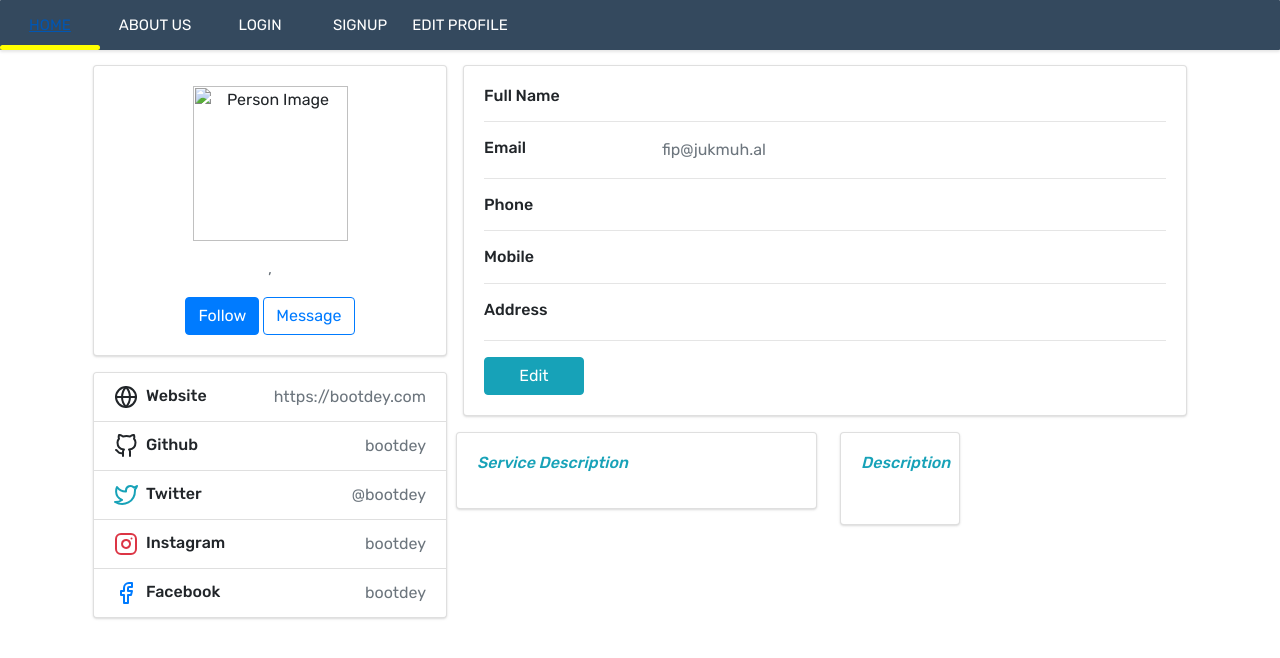
Repository: Chitti-g-k/Paw-Takers
Page: templates/profilepage.html
The author's editor kept a copy of each file at every save. The page is drawn from the files as they stood at one save, then again after the next save.
The browser window is 1280 px wide. The pictures show the whole page.
The template is drawn by Django 4.2. The application's start-up code is not run. Other server files are loaded and not shown. The template is opened directly, without the code that normally fills it, so the values that code supplies are empty.

Above is the page before, as saved 2023-07-16 08:45:09.

### templates/profilepage.html
<html>
    <head>
        <meta name="viewport" content="width=device-width, initial-scale=1.0">
    <title>Profile Page</title>

    <style>
        @import url('https://fonts.googleapis.com/css?family=Rubik:300,400,500&display=swap');
        *{
            margin: 0;
            padding: 0;
            box-sizing: border-box;
            font-family:'Rubik',sans-serif;
        }
        body{
            display: flex;
            justify-content: center;
            align-self:center ;
            min-height: 100vh;
            background:  #808080;
        }

        nav{
        position: fixed; /* Change position to fixed */
        top: 0; /* Position it at the top */
        left: 0; /* Align it to the left */
        width: 100%; /* Make it full width */
        height: 50px;
        background: #34495e;
        border-radius: 1px;
        font-size: 0;
        box-shadow: 0 2px 3px 0 rgba(0,0,0,0.1);
        z-index: 100; /* Add a higher z-index to keep it above other elements */
    }

    /* Rest of the CSS styles remain the same */
    nav a {
        font-size: 15px;
        text-transform: uppercase;
        color: white;
        text-decoration: none;
        line-height: 50px;
        position: relative;
        z-index: 1;
        display: inline-block;
        text-align: center;
    }
    nav .animation {
        position: absolute;
        height: 5px;
        bottom: 0;
        z-index: 0;
        background: yellow;
        transition: all .5s ease 0s;
        border-radius: 8px;
    }
    a:nth-child(1) {
        width: 100px;
    }
    nav .start-home,a:nth-child(1):hover~.animation {
        width: 100px;
        left: 0;
    }
    a:nth-child(2) {
        width: 110px;
    }
    nav .start-about,a:nth-child(2):hover~.animation {
        width: 110px;
        left: 100px;
    }
    a:nth-child(3) {
        width: 100px;
    }
    nav .start-login,a:nth-child(3):hover~.animation {
        width: 100px;
        left: 210px;
    }
    a:nth-child(4) {
        width: 100px;
    }
    nav .start-signup,a:nth-child(4):hover~.animation {
        width: 160px;
        left: 250px;
    }
    a:nth-child(5) {
        width: 100px;
    }
    nav .start-signup,a:nth-child(5):hover~.animation {
        width: 160px;
        left: auto;
        right:0px;
    }

    h3{
        font-weight:300;
    }

    h5{
        font-weight:200;
    }

    </style>
    <link rel="stylesheet" href="https://cdnjs.cloudflare.com/ajax/libs/font-awesome/5.15.3/css/all.min.css" integrity="sha512-VRRNWyOP0SZCGkUFsm9Uf7PvF9ERBzv6JeMQ4oIhl2e9J7e3aOuf7Qf3RQt6AzomTsbqyj0F7I3NzcewDfSaxw==" crossorigin="anonymous" referrerpolicy="no-referrer" />

    </head>


<body>
    <nav>
        <a href="/display">Home</a>
        <a href="/">About Us</a>
        <a href="{% url 'account_login'%}">Login</a>
        <a href="{% url 'account_signup' %}">SignUp</a>
        <a href="{% url 'caretaker:profile-edit' profile.pk %}">Edit Profile</a>


        <div class="animation start-home"></div>

    </nav>
    <br>
    <br>
    <style>
        body{
            margin-top:20px;
            color: #1a202c;
            text-align: left;
            background-color: #e2e8f0;
        }
        .main-body {
            padding: 15px;
        }
        .card {
            box-shadow: 0 1px 3px 0 rgba(0,0,0,.1), 0 1px 2px 0 rgba(0,0,0,.06);
        }

        .card {
            position: relative;
            display: flex;
            flex-direction: column;
            min-width: 0;
            word-wrap: break-word;
            background-color: #fff;
            background-clip: border-box;
            border: 0 solid rgba(0,0,0,.125);
            border-radius: .25rem;
        }
        .container{
            margin-top:50px;
        }
        .card-body {
            flex: 1 1 auto;
            min-height: 1px;
            padding: 1rem;
        }

        .gutters-sm {
            margin-right: -8px;
            margin-left: -8px;
        }

        .gutters-sm>.col, .gutters-sm>[class*=col-] {
            padding-right: 8px;
            padding-left: 8px;
        }
        .mb-3, .my-3 {
            margin-bottom: 1rem!important;
        }

        .bg-gray-300 {
            background-color: #e2e8f0;
        }
        .h-100 {
            height: 100%!important;
        }
        .shadow-none {
            box-shadow: none!important;
        }
        .key-value {
            display: flex;
            justify-content: space-between;
            margin-bottom: 10px;
            font-family: "Helvetica Neue", Arial, sans-serif;
        }

        .key {
            font-weight: bolder;
            font-size: 13px;
            text-transform: uppercase;
            letter-spacing: 1px;
            color: #333;
        }
        .value{
            font-size: 11px;
            font-style: italic;
            color: #666;
        }
    </style>
    <body>
        <link rel="stylesheet" href="https://cdn.jsdelivr.net/npm/bootstrap@4.4.1/dist/css/bootstrap.min.css" integrity="sha384-Vkoo8x4CGsO3+Hhxv8T/Q5PaXtkKtu6ug5TOeNV6gBiFeWPGFN9MuhOf23Q9Ifjh" crossorigin="anonymous">
        <script src="https://code.jquery.com/jquery-3.4.1.slim.min.js" integrity="sha384-J6qa4849blE2+poT4WnyKhv5vZF5SrPo0iEjwBvKU7imGFAV0wwj1yYfoRSJoZ+n" crossorigin="anonymous"></script>
        <script src="https://cdn.jsdelivr.net/npm/popper.js@1.16.0/dist/umd/popper.min.js" integrity="sha384-Q6E9RHvbIyZFJoft+2mJbHaEWldlvI9IOYy5n3zV9zzTtmI3UksdQRVvoxMfooAo" crossorigin="anonymous"></script>
        <script src="https://cdn.jsdelivr.net/npm/bootstrap@4.4.1/dist/js/bootstrap.min.js" integrity="sha384-wfSDF2E50Y2D1uUdj0O3uMBJnjuUD4Ih7YwaYd1iqfktj0Uod8GCExl3Og8ifwB6" crossorigin="anonymous"></script>

        <div class="container">
            <div class="main-body">


                  <div class="row gutters-sm">
                    <div class="col-md-4 mb-3">
                      <div class="card">
                        <div class="card-body">
                          <div class="d-flex flex-column align-items-center text-center">
                            <img src="{{ profile.image.url }}" alt="Person Image" class="image" class="rounded" width="155px">
                            <div class="mt-3">
                                {% if profile.name %}
                        <h5 class="py-4">{{ profile.name }}
                    {% endif %}


                              <p class="text-muted font-size-sm">{{ profile.city }},{{ profile.state }}</p>
                              <button class="btn btn-primary">Follow</button>
                              <button class="btn btn-outline-primary">Message</button>
                            </div>
                          </div>
                        </div>
                      </div>
                      <div class="card mt-3">
                        <ul class="list-group list-group-flush">
                          <li class="list-group-item d-flex justify-content-between align-items-center flex-wrap">
                            <h6 class="mb-0"><svg xmlns="http://www.w3.org/2000/svg" width="24" height="24" viewBox="0 0 24 24" fill="none" stroke="currentColor" stroke-width="2" stroke-linecap="round" stroke-linejoin="round" class="feather feather-globe mr-2 icon-inline"><circle cx="12" cy="12" r="10"></circle><line x1="2" y1="12" x2="22" y2="12"></line><path d="M12 2a15.3 15.3 0 0 1 4 10 15.3 15.3 0 0 1-4 10 15.3 15.3 0 0 1-4-10 15.3 15.3 0 0 1 4-10z"></path></svg>Website</h6>
                            <span class="text-secondary">https://bootdey.com</span>
                          </li>
                          <li class="list-group-item d-flex justify-content-between align-items-center flex-wrap">
                            <h6 class="mb-0"><svg xmlns="http://www.w3.org/2000/svg" width="24" height="24" viewBox="0 0 24 24" fill="none" stroke="currentColor" stroke-width="2" stroke-linecap="round" stroke-linejoin="round" class="feather feather-github mr-2 icon-inline"><path d="M9 19c-5 1.5-5-2.5-7-3m14 6v-3.87a3.37 3.37 0 0 0-.94-2.61c3.14-.35 6.44-1.54 6.44-7A5.44 5.44 0 0 0 20 4.77 5.07 5.07 0 0 0 19.91 1S18.73.65 16 2.48a13.38 13.38 0 0 0-7 0C6.27.65 5.09 1 5.09 1A5.07 5.07 0 0 0 5 4.77a5.44 5.44 0 0 0-1.5 3.78c0 5.42 3.3 6.61 6.44 7A3.37 3.37 0 0 0 9 18.13V22"></path></svg>Github</h6>
                            <span class="text-secondary">bootdey</span>
                          </li>
                          <li class="list-group-item d-flex justify-content-between align-items-center flex-wrap">
                            <h6 class="mb-0"><svg xmlns="http://www.w3.org/2000/svg" width="24" height="24" viewBox="0 0 24 24" fill="none" stroke="currentColor" stroke-width="2" stroke-linecap="round" stroke-linejoin="round" class="feather feather-twitter mr-2 icon-inline text-info"><path d="M23 3a10.9 10.9 0 0 1-3.14 1.53 4.48 4.48 0 0 0-7.86 3v1A10.66 10.66 0 0 1 3 4s-4 9 5 13a11.64 11.64 0 0 1-7 2c9 5 20 0 20-11.5a4.5 4.5 0 0 0-.08-.83A7.72 7.72 0 0 0 23 3z"></path></svg>Twitter</h6>
                            <span class="text-secondary">@bootdey</span>
                          </li>
                          <li class="list-group-item d-flex justify-content-between align-items-center flex-wrap">
                            <h6 class="mb-0"><svg xmlns="http://www.w3.org/2000/svg" width="24" height="24" viewBox="0 0 24 24" fill="none" stroke="currentColor" stroke-width="2" stroke-linecap="round" stroke-linejoin="round" class="feather feather-instagram mr-2 icon-inline text-danger"><rect x="2" y="2" width="20" height="20" rx="5" ry="5"></rect><path d="M16 11.37A4 4 0 1 1 12.63 8 4 4 0 0 1 16 11.37z"></path><line x1="17.5" y1="6.5" x2="17.51" y2="6.5"></line></svg>Instagram</h6>
                            <span class="text-secondary">bootdey</span>
                          </li>
                          <li class="list-group-item d-flex justify-content-between align-items-center flex-wrap">
                            <h6 class="mb-0"><svg xmlns="http://www.w3.org/2000/svg" width="24" height="24" viewBox="0 0 24 24" fill="none" stroke="currentColor" stroke-width="2" stroke-linecap="round" stroke-linejoin="round" class="feather feather-facebook mr-2 icon-inline text-primary"><path d="M18 2h-3a5 5 0 0 0-5 5v3H7v4h3v8h4v-8h3l1-4h-4V7a1 1 0 0 1 1-1h3z"></path></svg>Facebook</h6>
                            <span class="text-secondary">bootdey</span>
                          </li>
                        </ul>
                      </div>
                    </div>
                    <div class="col-md-8">
                      <div class="card mb-3">
                        <div class="card-body">
                          <div class="row">
                            <div class="col-sm-3">
                              <h6 class="mb-0">Full Name</h6>
                            </div>
                            <div class="col-sm-9 text-secondary">
                                {% if profile.name %}
                                {{ profile.name }}
                            {% endif %}
                            </div>
                          </div>
                          <hr>
                          <div class="row">
                            <div class="col-sm-3">
                              <h6 class="mb-0">Email</h6>
                            </div>
                            <div class="col-sm-9 text-secondary">
                              fip@jukmuh.al
                            </div>
                          </div>
                          <hr>
                          <div class="row">
                            <div class="col-sm-3">
                              <h6 class="mb-0">Phone</h6>
                            </div>
                            <div class="col-sm-9 text-secondary">
                                {{ profile.phone_number }}
                            </div>
                          </div>
                          <hr>
                          <div class="row">
                            <div class="col-sm-3">
                              <h6 class="mb-0">Mobile</h6>
                            </div>
                            <div class="col-sm-9 text-secondary">
                                {{ profile.backup_phonenumber }}
                            </div>
                          </div>
                          <hr>
                          <div class="row">
                            <div class="col-sm-3">
                              <h6 class="mb-0">Address</h6>
                            </div>
                            <div class="col-sm-9 text-secondary">
                                {{ profile.first_line }}<br>{{ profile.second_line }}
                            </div>
                          </div>
                          <hr>
                          <div class="row">
                            <div class="col-sm-12">
                              <a class="btn btn-info " target="__blank" href="https://www.bootdey.com/snippets/view/profile-edit-data-and-skills">Edit</a>
                            </div>
                          </div>
                        </div>
                      </div>

                      <div class="row gutters-sm">
                        <div class="col-sm-6 mb-3">
                          <div class="card h-100">
                            <div class="card-body">
                              <h6 class="d-flex align-items-center mb-3"><i class="material-icons text-info mr-2">Service Description</h6>
                              {% for service_description in service_descriptions %}
                              <div class="container-service">
                                <div class="key-value">
                                    <span class="key">{{ service_description.service.name }}</span>
                                    <span class="value">INR{{ service_description.price }}</span>
                                </div>
                            </div>
                            {% endfor %}
                            </div>
                          </div>
                        </div>

                        <div class="col-sm-6 mb-3" style="width: 300px;">
                            <div class="card h-100">
                              <div class="card-body" style="width: 100%;">
                                <h6 class="d-flex align-items-center mb-3"><i class="material-icons text-info mr-2">Description</i></h6>
                                {{profile.description}}
                              </div>
                            </div>
                          </div>



                    </div>
                  </div>

                </div>
            </div>
    </body>
</html>

After the next save:
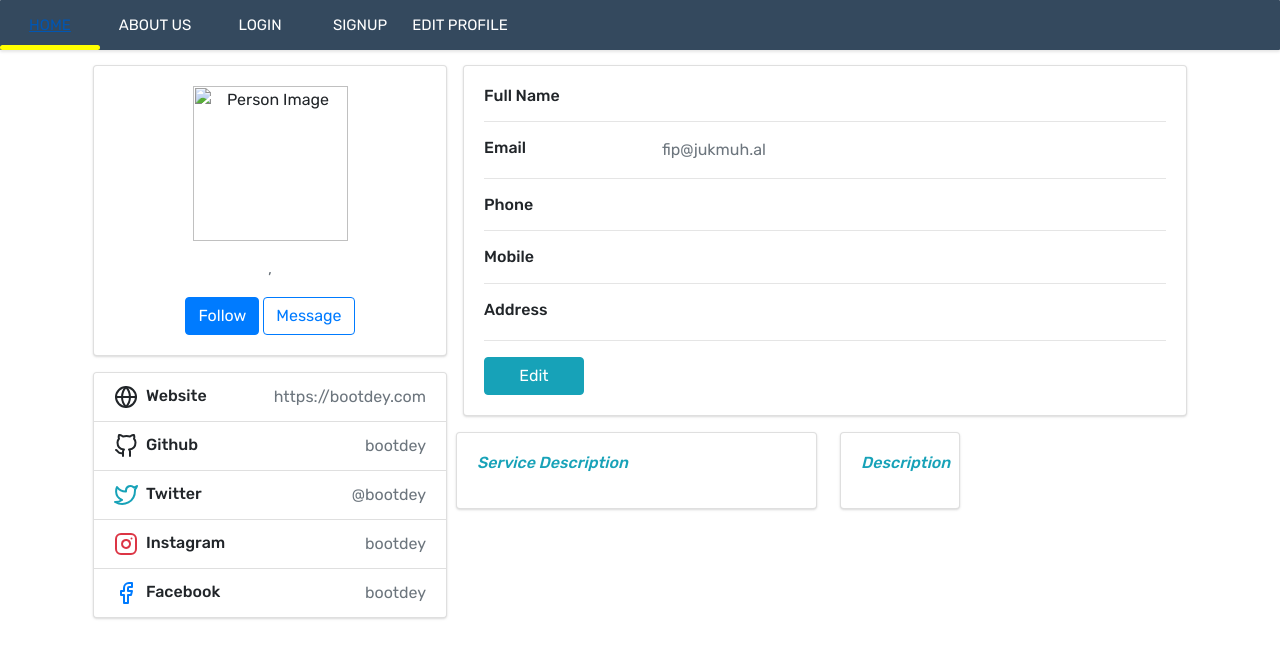
Saved 22 s later.
--- a/templates/profilepage.html
+++ b/templates/profilepage.html
@@ -324,7 +324,7 @@
                         </div>
 
                         <div class="col-sm-6 mb-3" style="width: 300px;">
-                            <div class="card h-100">
+                            <div class="card h-200">
                               <div class="card-body" style="width: 100%;">
                                 <h6 class="d-flex align-items-center mb-3"><i class="material-icons text-info mr-2">Description</i></h6>
                                 {{profile.description}}
